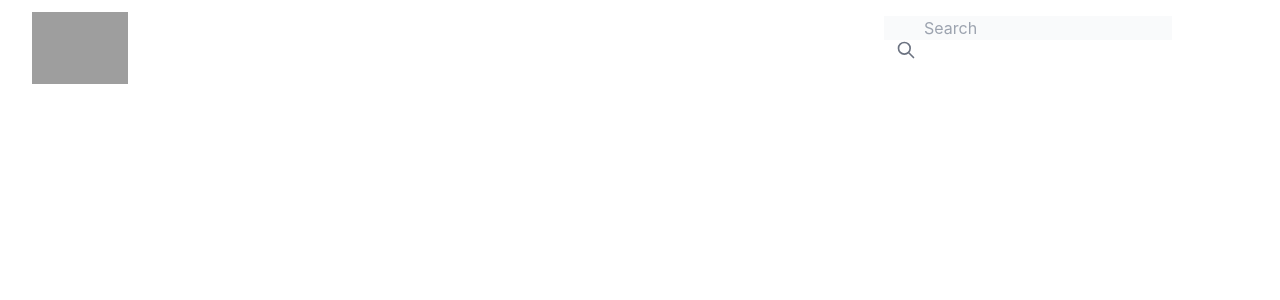
Repository: SehajBindra/insta--clone
Page: /
These files come from the project's save history. The page is drawn as it stood at one moment and after the next save; the edit follows.
The browser window is 1280 px wide. The pictures show the whole page.
Pictures or frames that could not be fetched are drawn as grey boxes. The project was rebuilt for these pictures with package versions that can differ from the ones it lists, and the page was loaded fresh each time. The framework's server and built-in components were replaced by stand-ins that run in the browser. Also part of the build but not shown: next.config.js.

Above is the page before, as saved 2022-04-11 01:34:50.

After the next save:
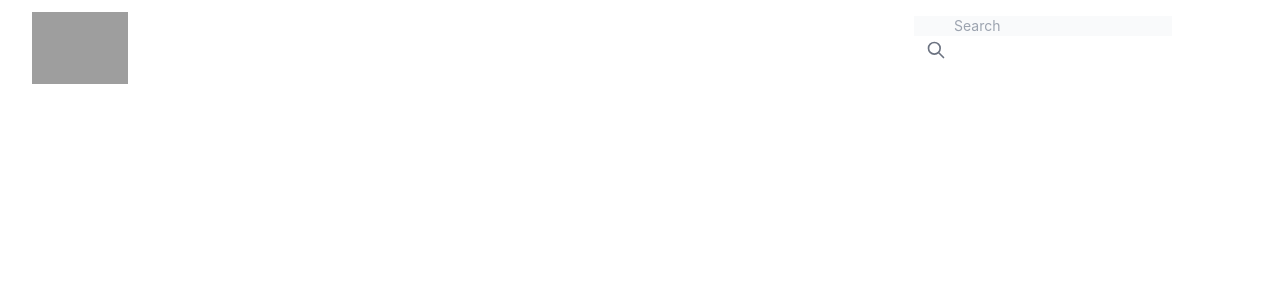
Saved 99 s later.
--- a/components/Header.js
+++ b/components/Header.js
@@ -34,7 +34,7 @@
             <div className=" absolute inset-y-3  pl-3 flex items-center pointer-events-none ">
              <SearchIcon  className="h-5  w-5 text-gray-500" />
             </div>
-            <input className="bg-gray-50 block w-full pl-10" type="text" placeholder="Search" />
+            <input className="bg-gray-50 block w-full pl-10 sm:text-sm border-gray-300" type="text" placeholder="Search" />
 
         </div>
       </div>
